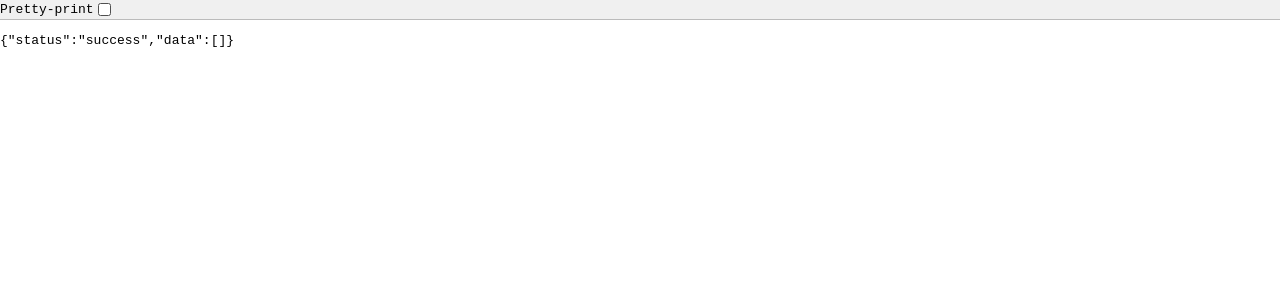
Repository: NandaAdisaputra/WISATASEMARANG_BACKEND
Page: http://localhost/read.php
The author's editor kept a copy of each file at every save. The page is drawn from the files as they stood at one save, then again after the next save.
The browser window is 1280 px wide. The pictures show the whole page.
The page is run by PHP 8.4 with error messages shown; the project is at /var/www/html/. Queries for data that is not in the repository find no rows.

Above is the page before, as saved 2025-02-12 06:44:31.

After the next save:
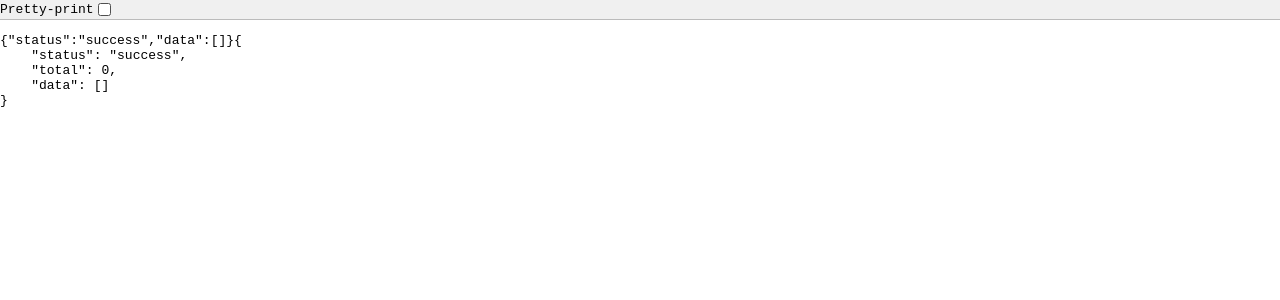
Saved 94 s later.
--- a/read.php
+++ b/read.php
@@ -29,6 +29,6 @@ if ($result->num_rows > 0) {
 
 // Tampilkan hasil dalam format JSON
 echo json_encode(["status" => "success", "data" => $data]);
-
+echo json_encode(["status" => "success", "total" => count($data), "data" => $data], JSON_PRETTY_PRINT);
 $conn->close();
 ?>
